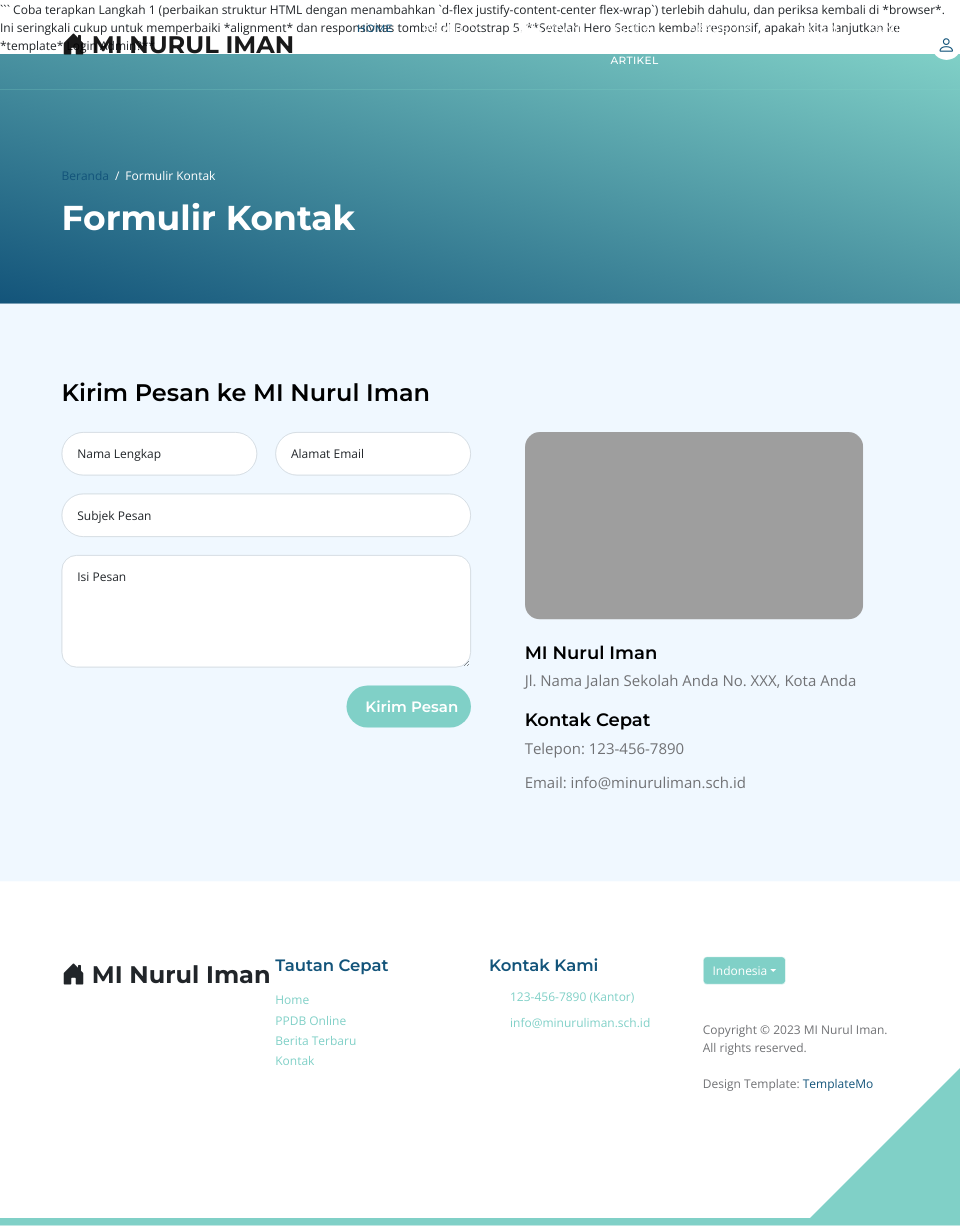
Repository: MKennyChaniago/sekolah-mi-nurul-iman
Page: http://localhost/kontak
The author's editor kept a copy of each file at every save. The page is drawn from the files as they stood at one save, then again after a run of saves.
The browser window is 1280 px wide. The page is 1282 px wide, so the pictures cover 1282 px, including what lies to the right of the window. The pictures show the whole page, at 75% of full size.
Pictures or frames that could not be fetched are drawn as grey boxes. The page is served by the project's Laravel application, run on PHP 8.4 with Laravel 12.

Above is the page before, as saved 2025-11-24 09:20:22.
Console error: TypeError: Cannot read properties of undefined (reading 'top')

After the next 2 saves:
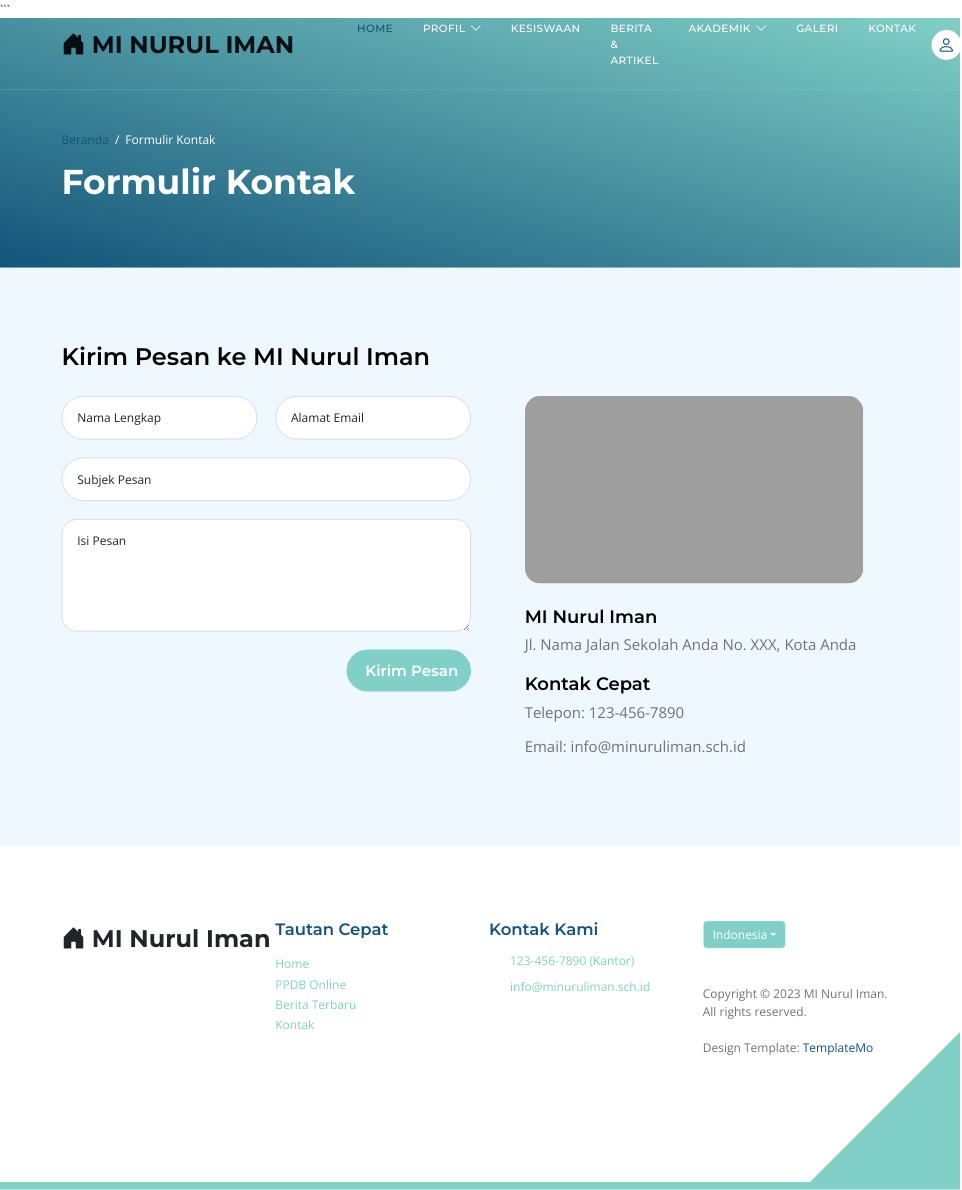
The 2 saves are shown as one change because they came seconds apart.
The last was saved 7 s later.
--- a/resources/views/layouts/frontend.blade.php
+++ b/resources/views/layouts/frontend.blade.php
@@ -18,11 +18,7 @@
         <link href="{{ asset('css/bootstrap-icons.css') }}" rel="stylesheet">
         <link href="{{ asset('css/templatemo-topic-listing.css') }}" rel="stylesheet">
         <link href="{{ asset('css/templatemo-topic-listing.css') }}" rel="stylesheet">
-<link href="{{ asset('css/custom-mi.css') }}" rel="stylesheet"> ```
-
-Coba terapkan Langkah 1 (perbaikan struktur HTML dengan menambahkan `d-flex justify-content-center flex-wrap`) terlebih dahulu, dan periksa kembali di *browser*. Ini seringkali cukup untuk memperbaiki *alignment* dan responsivitas tombol di Bootstrap 5.
-
-**Setelah Hero Section kembali responsif, apakah kita lanjutkan ke *template* Login Admin?**
+        <link href="{{ asset('css/custom-mi.css') }}" rel="stylesheet"> ```
 
         @yield('styles')
     </head>
